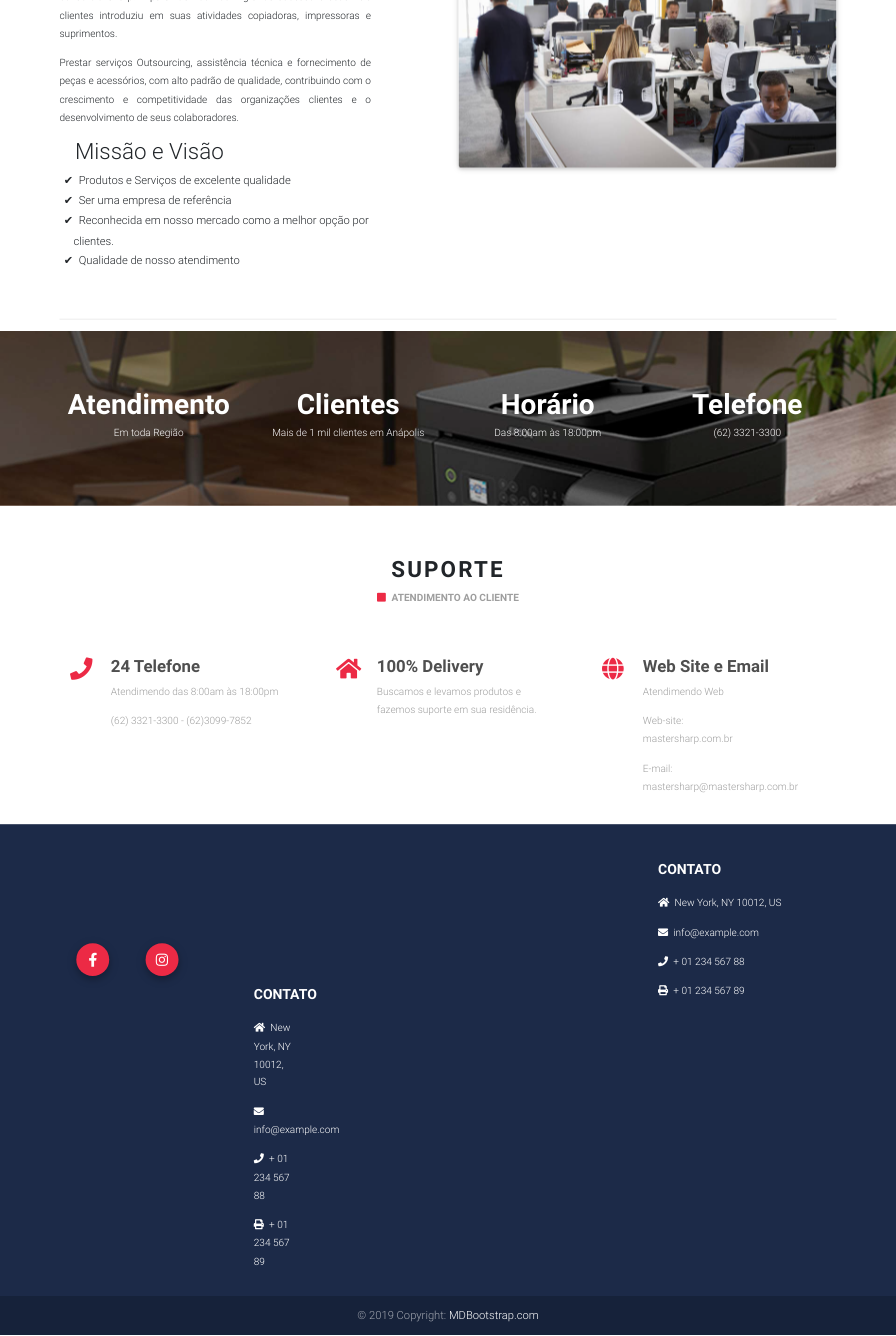
Repository: SalomaoMiguel/mastshap
Page: html/index.html
These files come from the project's save history. The page is drawn as it stood at one moment and after the next save; the edit follows.
The browser window is 1280 px wide. The pictures show the part of the page from y = 1668 to 3588 px (the page is 3576 px tall before and 3588 px after), at 70% of full size.
Some web libraries are served in a nearby version.

Above is the page before, as saved 2021-02-17 15:37:33.

After the next save:
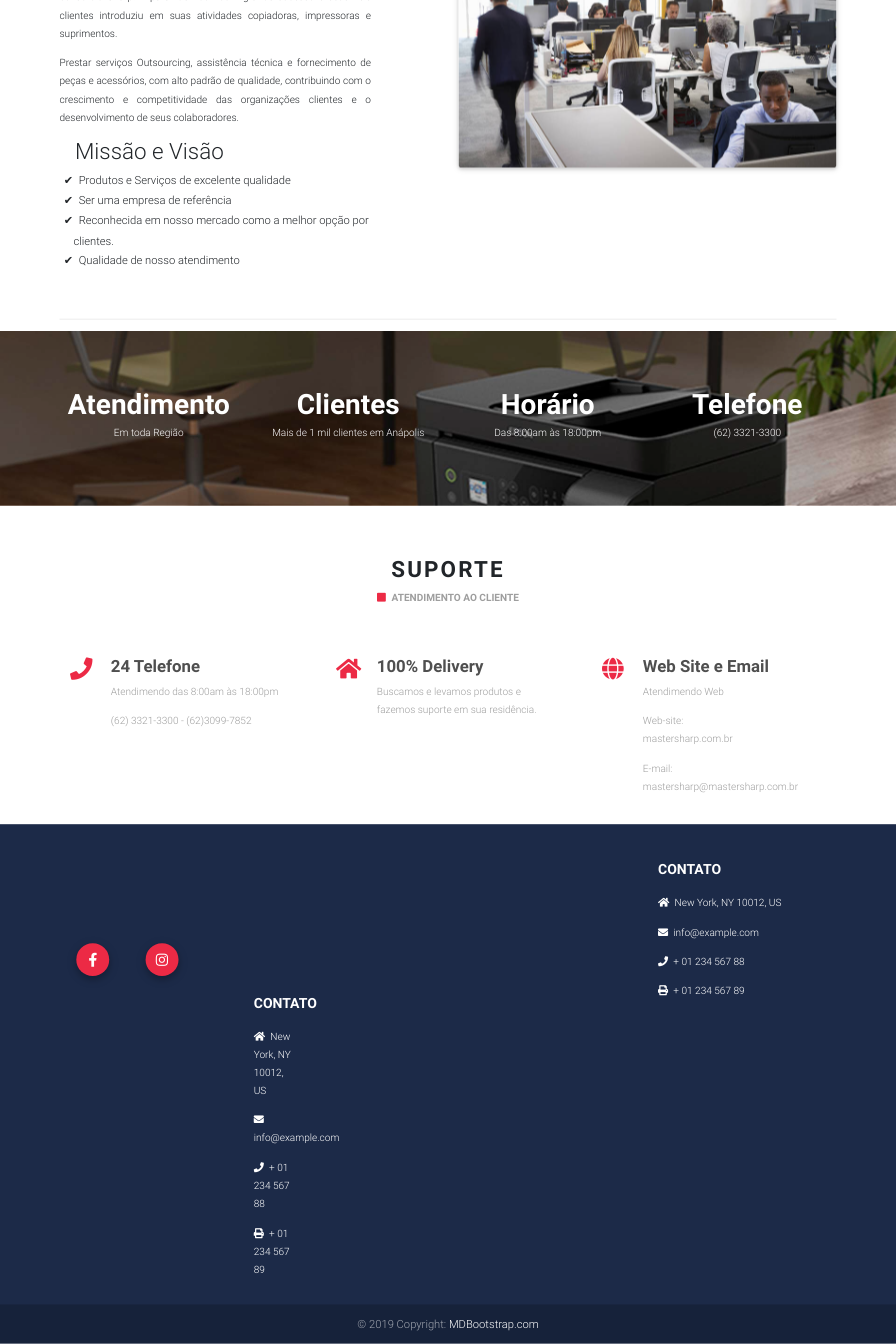
Saved 21 s later.
--- a/html/index.html
+++ b/html/index.html
@@ -399,7 +399,7 @@
             <!--Dribbble-->
             <a  href="https://www.instagram.com/master.sharp/" type="button" class="btn-floating ml-4 mr-4 btn-danger-2"><i class="fab fa-instagram"></i></a>
           </div>
-          <div class="col-lg-3 ml-lg-auto col-md-4 mt-1 mb-1 wow fadeIn" data-wow-delay="0.3s">
+          <div class="col-lg-3 ml-lg-auto col-md-4 mt-3 mb-1 wow fadeIn" data-wow-delay="0.3s">
             <!--Search-->
             <h5 class="text-uppercase mb-4 font-weight-bold">Contato</h5>
             <!--Info-->
